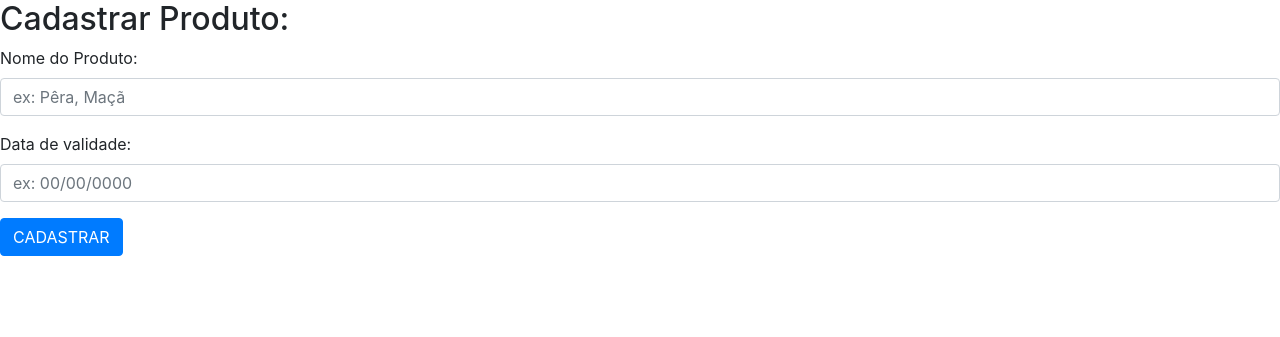
Repository: ricardofelipesilva/sistema
Page: http://localhost/site/controle.jsp
An editor plug-in stored every save of this project. The page is shown before and after the next save, followed by the edit.
The browser window is 1280 px wide. The pictures show the whole page.
The page is served by Tomcat 9. Other server files are loaded and not shown.

Above is the page before, as saved 2019-07-01 08:18:18.

### site/WebContent/controle.jsp
<%@ taglib uri="http://java.sun.com/jsp/jstl/core" prefix="c" %>
<!DOCTYPE html>
<html>
<head>
<meta charset="ISO-8859-1">
<link rel="stylesheet" href="https://stackpath.bootstrapcdn.com/bootstrap/4.3.1/css/bootstrap.min.css" integrity="sha384-ggOyR0iXCbMQv3Xipma34MD+dH/1fQ784/j6cY/iJTQUOhcWr7x9JvoRxT2MZw1T" crossorigin="anonymous">

<script src="https://code.jquery.com/jquery-3.3.1.slim.min.js" integrity="sha384-q8i/X+965DzO0rT7abK41JStQIAqVgRVzpbzo5smXKp4YfRvH+8abtTE1Pi6jizo" crossorigin="anonymous"></script>
<script src="https://cdnjs.cloudflare.com/ajax/libs/popper.js/1.14.7/umd/popper.min.js" integrity="sha384-UO2eT0CpHqdSJQ6hJty5KVphtPhzWj9WO1clHTMGa3JDZwrnQq4sF86dIHNDz0W1" crossorigin="anonymous"></script>
<script src="https://stackpath.bootstrapcdn.com/bootstrap/4.3.1/js/bootstrap.min.js" integrity="sha384-JjSmVgyd0p3pXB1rRibZUAYoIIy6OrQ6VrjIEaFf/nJGzIxFDsf4x0xIM+B07jRM" crossorigin="anonymous"></script>

<title>Mil Tecnologia | Cadastrar Produto</title>

</head>
<body>
	<form action="./novoproduto" method="post">

	<h2>Cadastrar Produto:</h2>

<!-- 	<div> -->
<!-- 		<label>Nome do Produto:</label> -->
<!-- 		<input type="text" name="nome" placeholder="ex: Pêra, Maçã" required/> -->
<!-- 		<br> -->
<!-- 		<label>Data de validade:</label> -->
<!-- 		<input type="text" name="dataValidade"  placeholder="ex: 00/00/0000" /> -->
<!-- 		<input type="submit" value="enviar"> -->
<!-- 	</div> -->


	</form>

	<form action="./novoproduto" method="post">
  <div class="form-group">
    <label for="exampleInputEmail1">Nome do Produto:</label>
    <input  class="form-control" type="text" name="nome" placeholder="ex: Pêra, Maçã" required>
  </div>
  <div class="form-group">
    <label for="exampleInputEmail1">Data de validade:</label>
    <input  class="form-control" type="text" name="dataValidade"  placeholder="ex: 00/00/0000" />
  </div>

  <button type="submit" class="btn btn-primary">CADASTRAR</button>
</form>


</body>
</html>

After the next save:
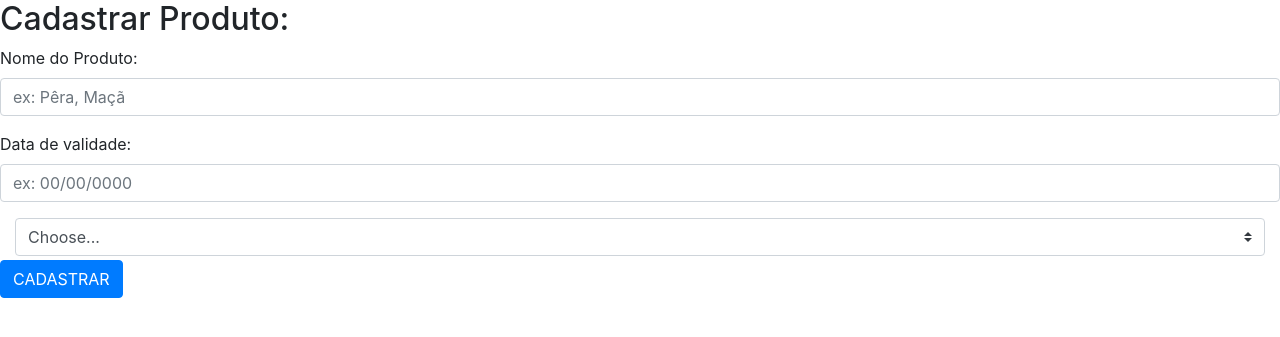
Saved 81 s later.
--- a/site/WebContent/controle.jsp
+++ b/site/WebContent/controle.jsp
@@ -39,6 +39,16 @@
     <input  class="form-control" type="text" name="dataValidade"  placeholder="ex: 00/00/0000" />
   </div>
 
+      <div class="col-auto my-1">
+      <label class="mr-sm-2 sr-only" for="inlineFormCustomSelect">Preference</label>
+      <select class="custom-select mr-sm-2" id="inlineFormCustomSelect">
+        <option selected>Choose...</option>
+        <option value="1">One</option>
+        <option value="2">Two</option>
+        <option value="3">Three</option>
+      </select>
+    </div>
+
   <button type="submit" class="btn btn-primary">CADASTRAR</button>
 </form>
 
